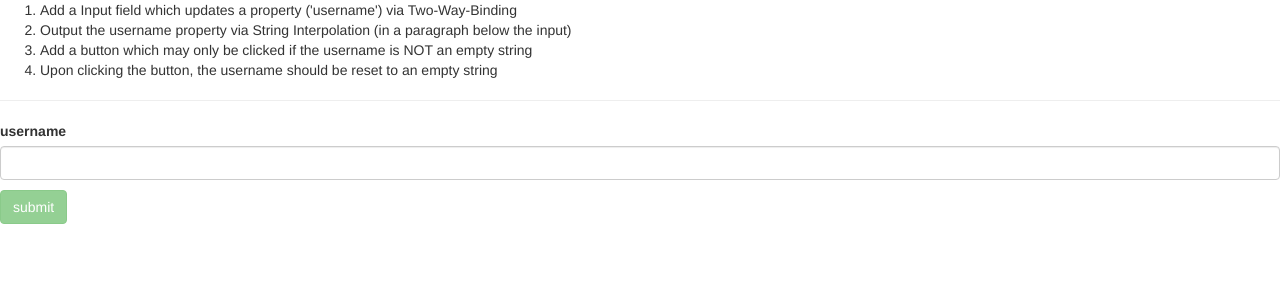
Repository: warrior1803-wang/Angular-Practices
Page: /
An editor plug-in stored every save of this project. The page is shown before and after the next save, followed by the edit.
The browser window is 1280 px wide. The pictures show the whole page.
The project was rebuilt for these pictures with package versions that can differ from the ones it lists, and the page was loaded fresh each time. Also part of the build but not shown: angular.json.

Above is the page before, as saved 2022-11-02 21:22:24.

After the next save:
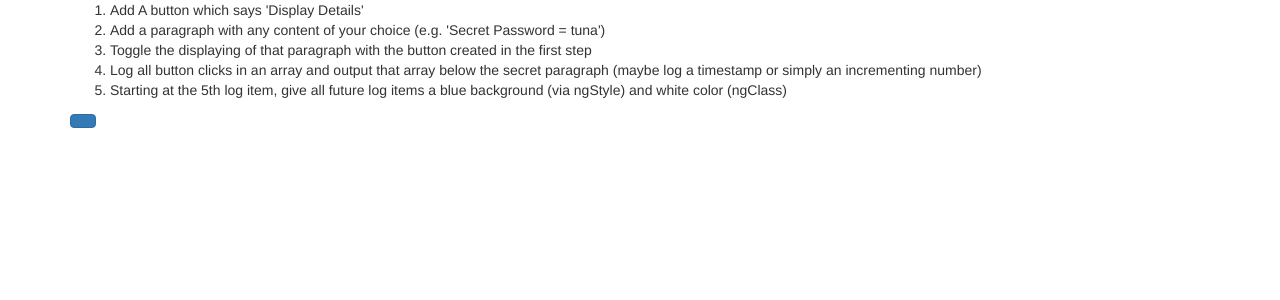
Saved 15 min 39 s later.
--- a/src/app/app.component.html
+++ b/src/app/app.component.html
@@ -1,12 +1,27 @@
-<ol>
-  <li>Add a Input field which updates a property ('username') via Two-Way-Binding</li>
-  <li>Output the username property via String Interpolation (in a paragraph below the input)</li>
-  <li>Add a button which may only be clicked if the username is NOT an empty string</li>
-  <li>Upon clicking the button, the username should be reset to an empty string</li>
-</ol>
-<hr>
-<label for="username">username</label>
-<input type="text" class="form-control"
-[(ngModel)]="username">
-<p>{{username}}</p>
-<button class="btn btn-success" [disabled]="!username" (click)="onSubmit()">submit</button>
+<div class="container">
+  <div class="row">
+    <div class="col-xs-12">
+      <ol>
+        <li>Add A button which says 'Display Details'</li>
+        <li>
+          Add a paragraph with any content of your choice (e.g. 'Secret Password
+          = tuna')
+        </li>
+        <li>
+          Toggle the displaying of that paragraph with the button created in the
+          first step
+        </li>
+        <li>
+          Log all button clicks in an array and output that array below the
+          secret paragraph (maybe log a timestamp or simply an incrementing
+          number)
+        </li>
+        <li>
+          Starting at the 5th log item, give all future log items a blue
+          background (via ngStyle) and white color (ngClass)
+        </li>
+      </ol>
+      <button class="btn btn-primary"></button>
+    </div>
+  </div>
+</div>
